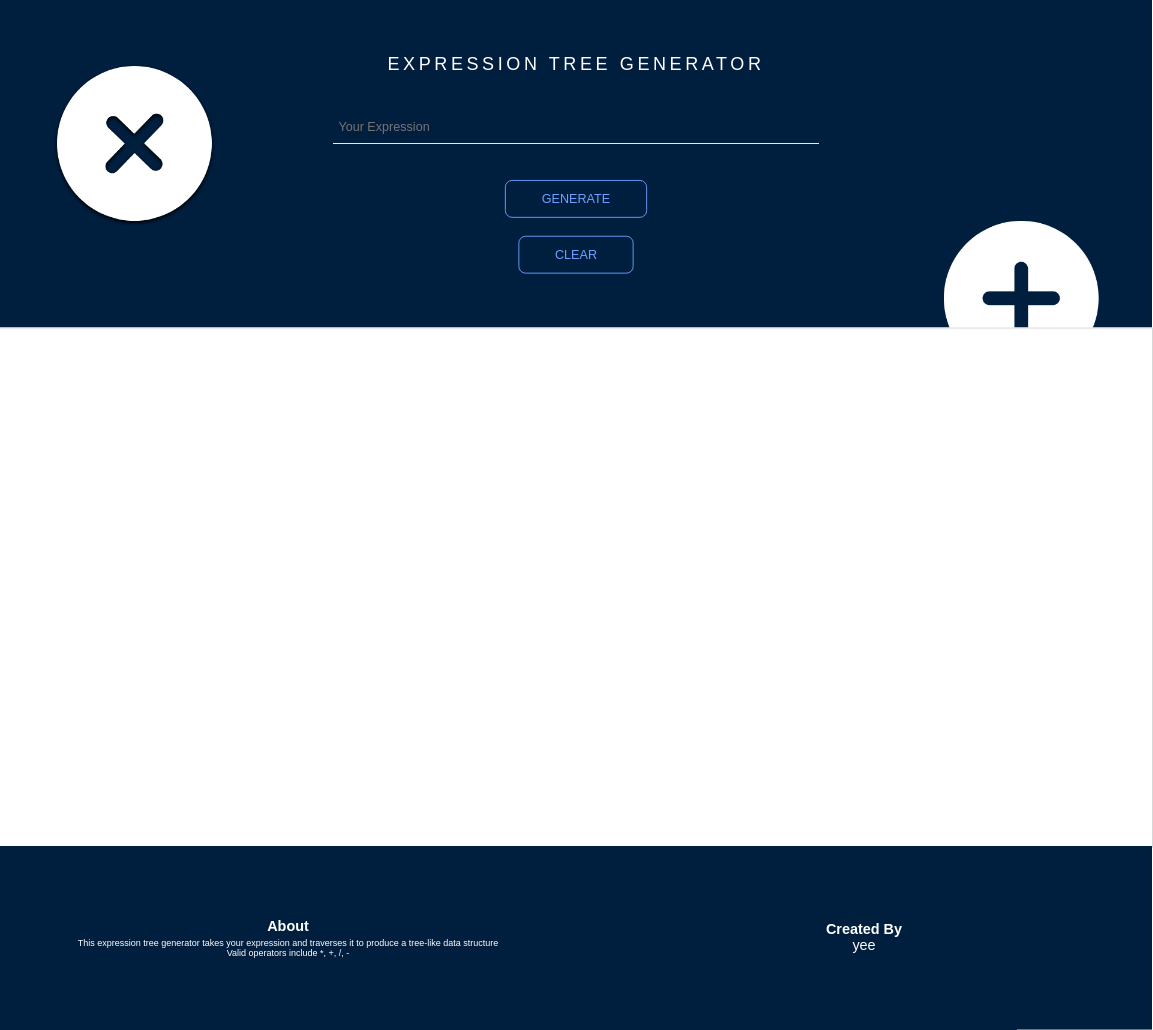
Repository: lnogueir/expression-tree-gen
Page: index.html
An editor plug-in stored every save of this project. The page is shown before and after the next save, followed by the edit.
The browser window is 1280 px wide. The page is 1281 px wide, so the pictures cover 1281 px, including what lies to the right of the window. The pictures show the whole page, at 90% of full size.

Above is the page before, as saved 2020-03-15 20:11:27.

After the next save:
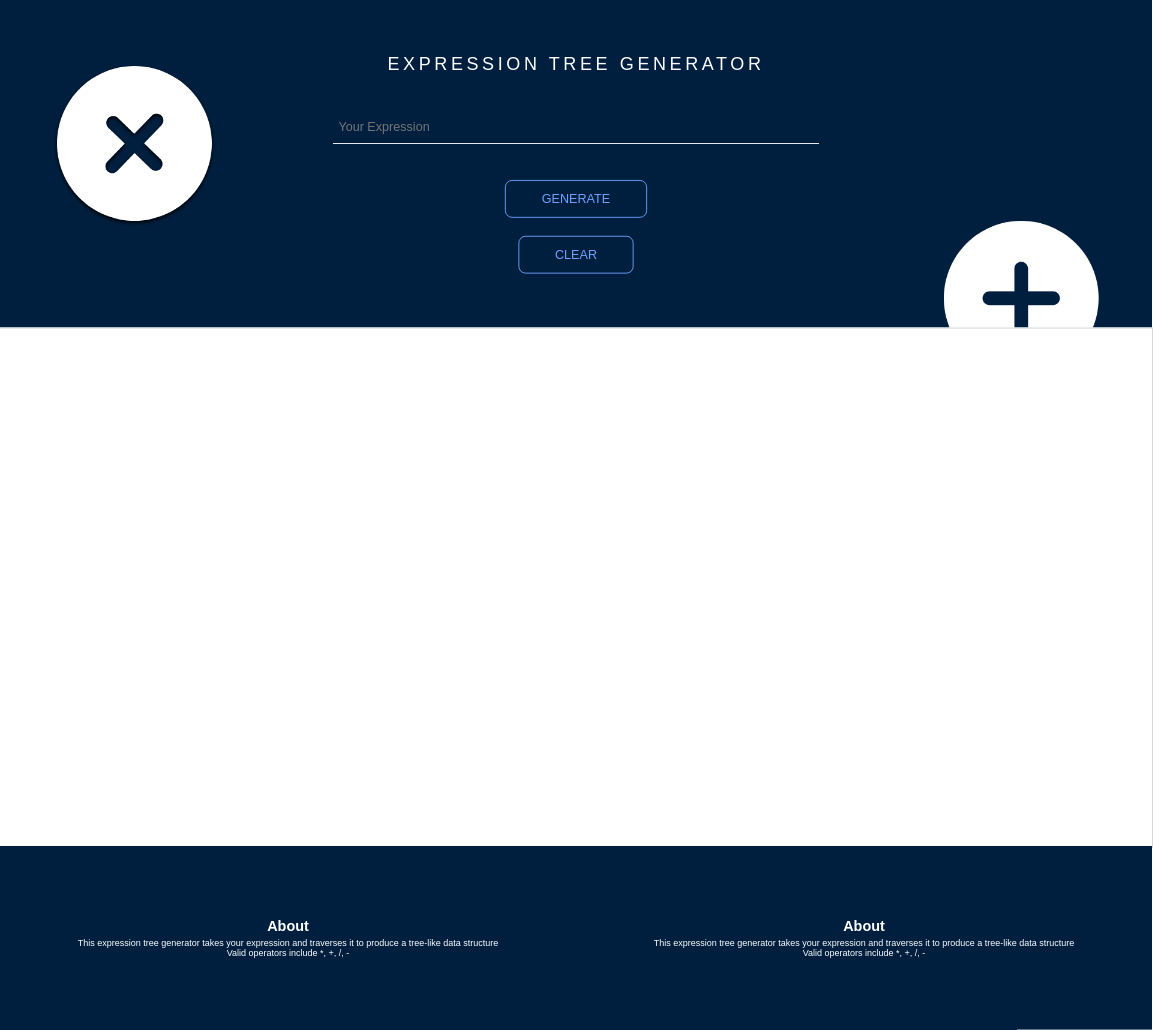
Saved 11 s later.
--- a/index.html
+++ b/index.html
@@ -40,8 +40,14 @@
         </div>
         </div>
        <div class="end-2">
-        <h4>Created By</h4>
-        <p>yee</p>
+        <div class="end-2-text">
+            <h4>About</h4>
+            <p>This expression tree generator takes your expression and traverses it to produce a
+                tree-like data structure
+                <br>
+                Valid operators include *, +, /, -
+            </p>
+        </div>
            </div>
     </div>
 
